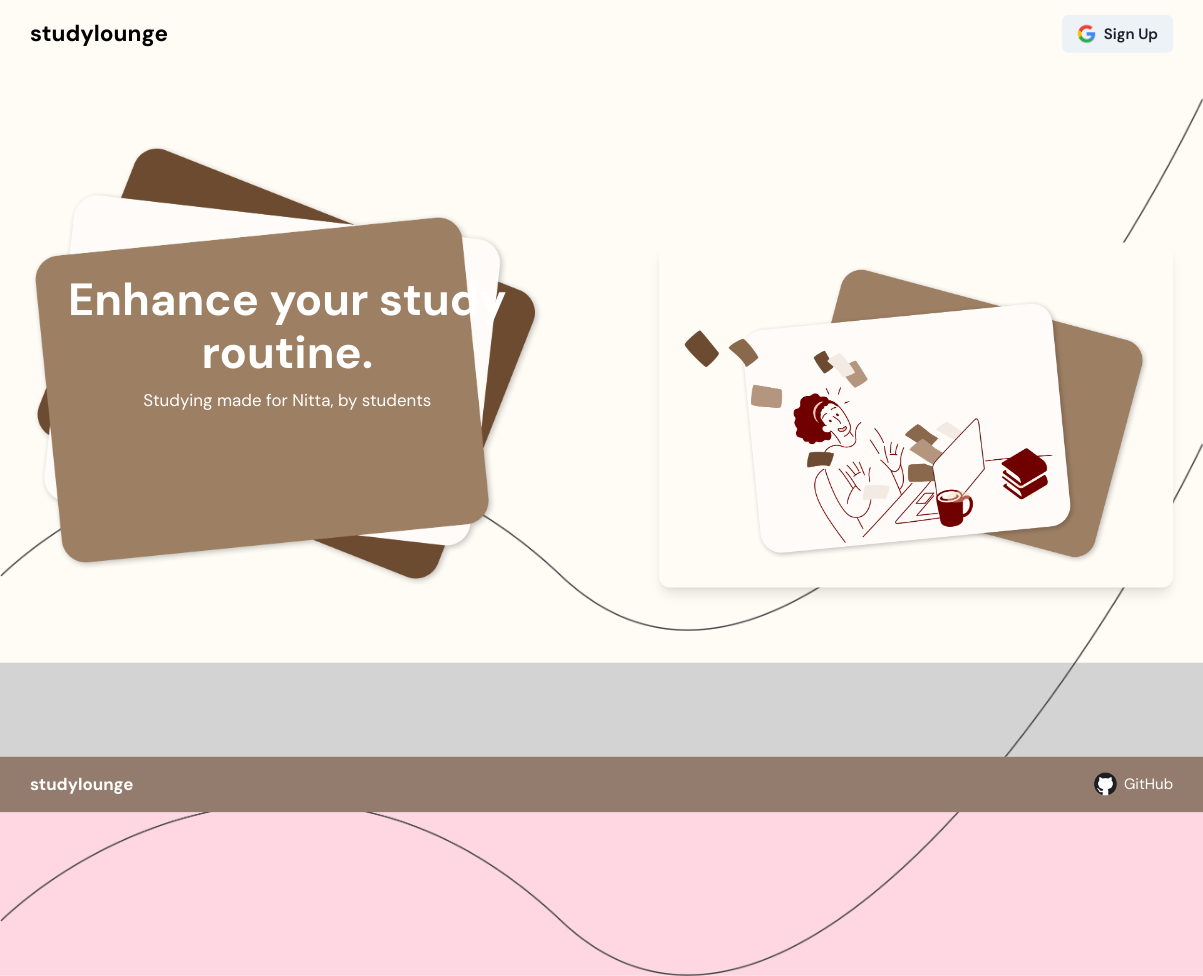
Repository: greg-chang/flashcard-website
Page: / (app in frontend/)
An editor plug-in stored every save of this project. The page is shown before and after the next save, followed by the edit.
The browser window is 1280 px wide. The pictures show the whole page, at 94% of full size.
The page's requests for data from a server got no answer. The project was rebuilt for these pictures with package versions that can differ from the ones it lists, and the page was loaded fresh each time. Some packages were replaced by stand-ins written for this rebuild. The framework's server and built-in components were replaced by stand-ins that run in the browser. No one was signed in, and anything a server would have sent is missing. Also part of the build but not shown: frontend/next.config.ts, frontend/src/components/Dashboard.tsx.

Above is the page before, as saved 2025-06-08 14:50:44.

After the next save:
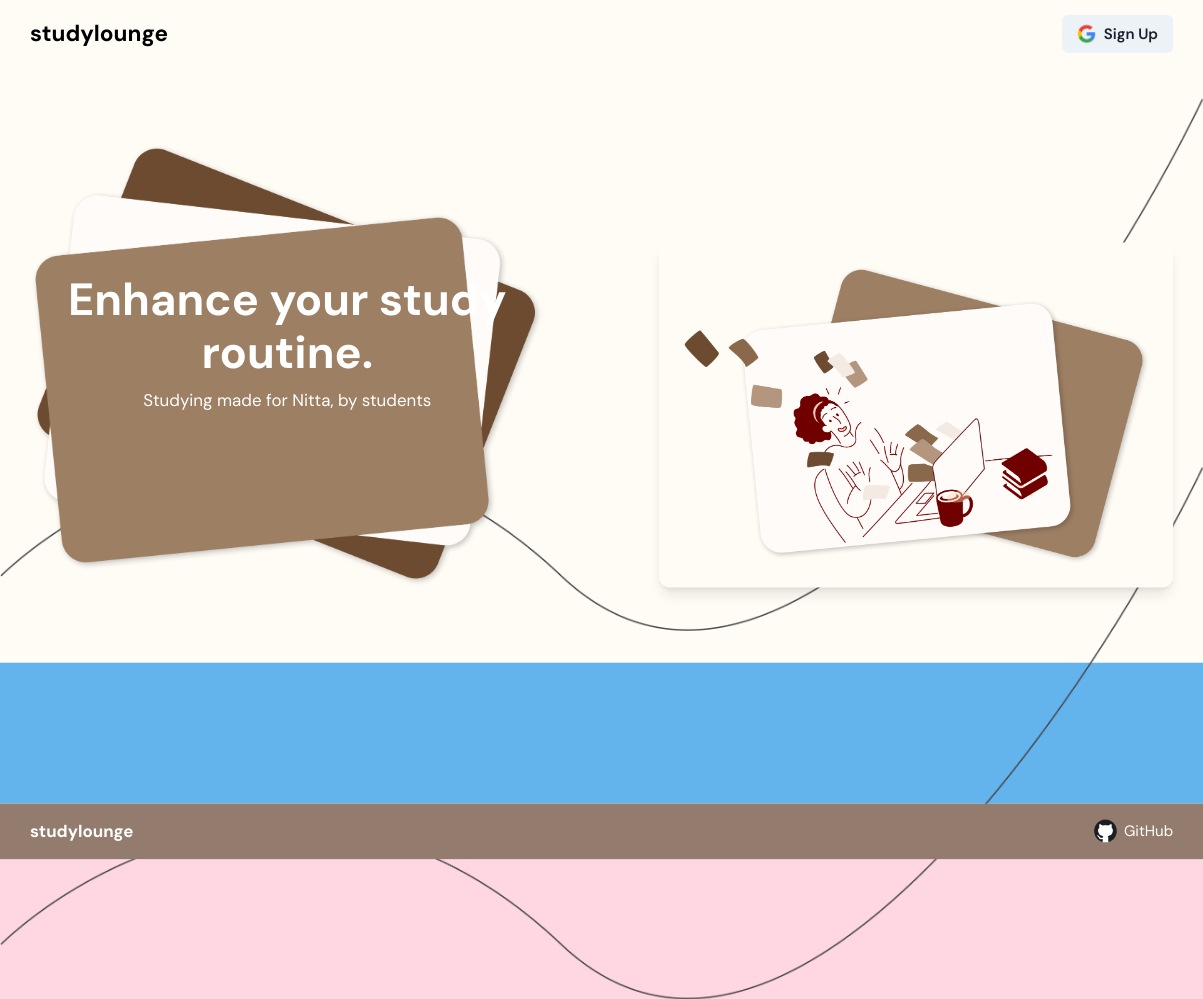
Saved 16 s later.
--- a/frontend/src/components/Homepage.tsx
+++ b/frontend/src/components/Homepage.tsx
@@ -168,18 +168,19 @@ export default function Homepage() {
       {/* Style Line as a separate element */}
       <Box
         width="100%"
-        height="100px" // Adjust height as needed
+        height="150px" // Adjust height as needed for visibility
         display="flex"
         justifyContent="center"
         alignItems="center"
-        py={4} // Add some vertical padding
-        bg="lightgray" // Temporary background for visibility test
+        py={4} // Add some vertical padding around the line
+        bg="blue.300" // Temporary background for visibility test
+        opacity="1" // Ensure full visibility
       >
         <Image
           src={StyleLine}
           alt="Style Line Decorative Element"
           width={1200} // Set a large width to ensure it scales responsively
-          height={100} // Aspect ratio for responsive image
+          height={150} // Aspect ratio for responsive image
           layout="responsive"
           objectFit="contain"
         />
